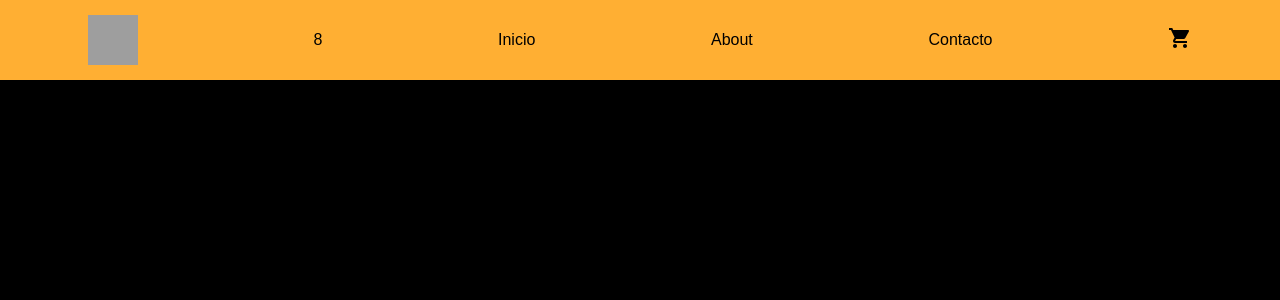
Repository: Toydrum/React-HectorCoronado
Page: /About
These files come from the project's save history. The page is drawn as it stood at one moment and after the next save; the edit follows.
The browser window is 1280 px wide. The pictures show the whole page.
Pictures or frames that could not be fetched are drawn as grey boxes. The page's requests for data from a server got no answer. The project was rebuilt for these pictures with package versions that can differ from the ones it lists, and the page was loaded fresh each time. No one was signed in, and anything a server would have sent is missing. Also part of the build but not shown: src/components/CardUser/CardUser.jsx.

Above is the page before, as saved 2023-06-17 04:03:41.

### src/index.css
body {
  margin: 0;
  font-family: -apple-system, BlinkMacSystemFont, 'Segoe UI', 'Roboto', 'Oxygen',
    'Ubuntu', 'Cantarell', 'Fira Sans', 'Droid Sans', 'Helvetica Neue',
    sans-serif;
  -webkit-font-smoothing: antialiased;
  -moz-osx-font-smoothing: grayscale;
  background-color:black;
}

code {
  font-family: source-code-pro, Menlo, Monaco, Consolas, 'Courier New',
    monospace;
}

### src/App.jsx
import React from 'react'
import './App.css';

//Components
import NavBar from "./components/Navbar/Navbar"
//import CardUser from "./components/CardUser/CardUser"
import CardList from "./components/CardList/CardList"

function App() {
  return (
    <div className="App">
      <NavBar />
      <div className='Cards-Container'>
        <CardList/>
      </div>
    </div>
  );
}

export default App;

### src/App.css
.App {
  display: flex;
  flex-direction: column;
  justify-content: center;
}

.Cards-Container{
  display: flex;
  width: 100%;
  justify-content: center;
}

### src/components/Navbar/Navbar.jsx
import React from "react";
import "./Navbar.css";
import ItemListContainer from "../Contenedor/ItemListContainer";
import CartWidget from "../CartWidged/CartWidget";
import logo from "./cat-logo.svg";
const styles = {
  NavBar: {
    display: "flex",
    justifyContent: "space-around",
    alignItems: "center",
    listStyleType: "none",
    fontFamily: "sans-serif",
    backgroundColor: "#FFAF33",
    margin: 0,
    padding: 0,
    height: 80,
  },
};

const NavBar = () => {
  return (
    <>
      <nav>
        <ul style={styles.NavBar}>
          <img src={logo} className="catLogo" alt="gatito" />
          <ItemListContainer contador="8" />
          <li>
            <a className="link" href="https://www.google.com.mx/?hl=es">
              Inicio
            </a>
          </li>
          <li>
            <a className="link" href="https://www.google.com.mx/?hl=es">
              About
            </a>
          </li>
          <li>
            <a className="link" href="https://www.google.com.mx/?hl=es">
              Contacto
            </a>
          </li>
          <CartWidget />
        </ul>
      </nav>
    </>
  );
};

export default NavBar;

### src/components/CardList/CardList.jsx
import React, { useState, useEffect } from "react";
import CardUser from "../CardUser/CardUser";
import "./CardList.css";

const CardList = () => {
  const [users, setUsers] = useState([]);

  useEffect(() => {
    fetch("https://648d19168620b8bae7ed8d6a.mockapi.io/api/bugs")
      .then((response) => response.json())
      .then((data) => setUsers(data));
  }, []);

  return (
    <div className="Cards-List">
      {users.map((user) => {
        return (
          <div key={user.id}>
            <CardUser data={user} />
          </div>
        );
      })}
    </div>
  );
};

export default CardList;

### src/components/Navbar/Navbar.css
/* img {
height: auto;
width: auto;

} */

.link{
  text-decoration: none;
  color: black;

}

.catLogo{
  height: 50px;
  width: 50px;
}

### src/components/Contenedor/ItemListContainer.js
import React from 'react'

const ItemListContainer = (props) =>{
  return(
    <p>{props.contador}</p>

  )
}



export default ItemListContainer

### src/components/CartWidged/CartWidget.jsx
import React from 'react'
import ShoppingCartIcon from '@mui/icons-material/ShoppingCart';
const cart = () => {
  return (
    <div>
      <a href ="https://www.google.com.mx/?hl=es"style= {{color:"black"}}><ShoppingCartIcon/></a>
    </div>
  )
}

export default cart

### src/components/CardList/CardList.css
.Cards-List{
  display: grid;
  justify-content: space-around;
  align-content: space-around;
  align-items: center;
  grid-template-columns: 1fr 1fr 1fr;
}

Loaded but not shown: public/index.html (common file); src/index.js (common file)

After the next save:
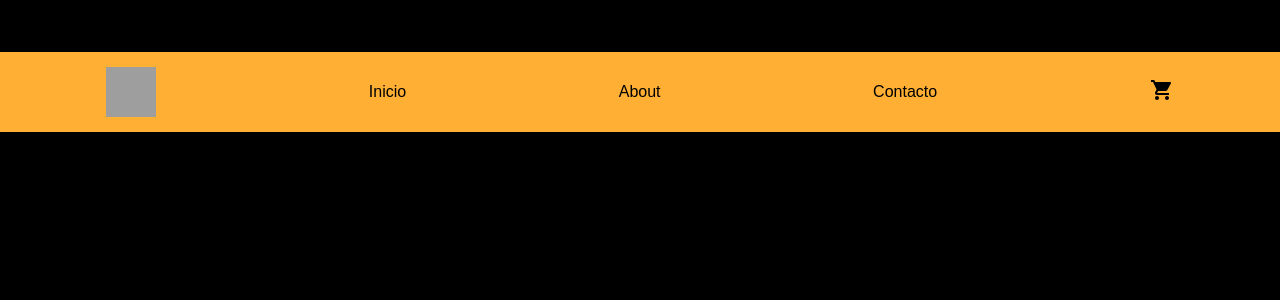
Saved 40 s later.
--- a/src/components/Navbar/Navbar.jsx
+++ b/src/components/Navbar/Navbar.jsx
@@ -21,9 +21,9 @@
   return (
     <>
       <nav>
+        <ItemListContainer contador="8" />
         <ul style={styles.NavBar}>
           <img src={logo} className="catLogo" alt="gatito" />
-          <ItemListContainer contador="8" />
           <li>
             <a className="link" href="https://www.google.com.mx/?hl=es">
               Inicio

After the save that followed:
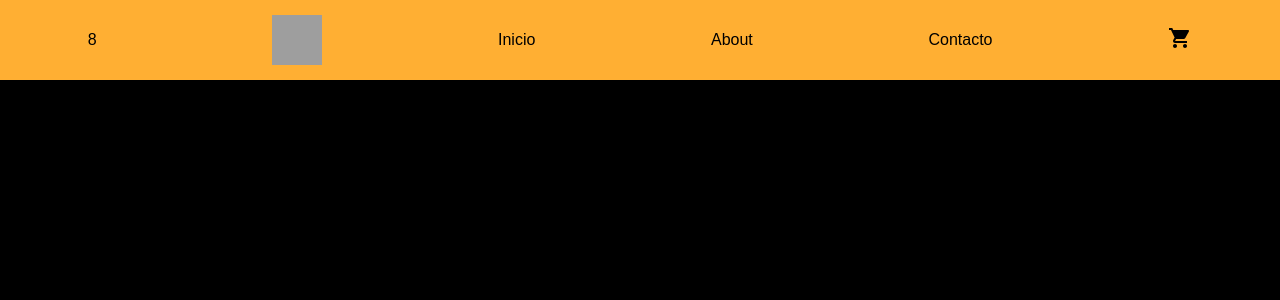
Saved 12 s later.
--- a/src/components/Navbar/Navbar.jsx
+++ b/src/components/Navbar/Navbar.jsx
@@ -21,8 +21,8 @@
   return (
     <>
       <nav>
-        <ItemListContainer contador="8" />
         <ul style={styles.NavBar}>
+          <ItemListContainer contador="8" />
           <img src={logo} className="catLogo" alt="gatito" />
           <li>
             <a className="link" href="https://www.google.com.mx/?hl=es">
